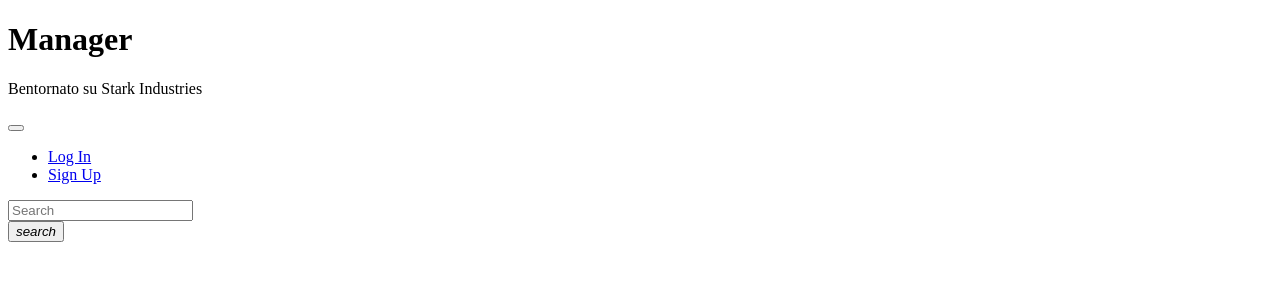
Repository: giovannispaziani/progetto_agile
Page: http://localhost/manager
The author's editor kept a copy of each file at every save. The page is drawn from the files as they stood at one save, then again after the next save.
The browser window is 1280 px wide. The pictures show the whole page.
The page is served by the project's Laravel application, run on PHP 8.4 with Laravel 8. Other server files are loaded and not shown.

Above is the page before, as saved 2022-05-21 18:44:14.

### routes/web.php
<?php

use Illuminate\Support\Facades\Route;

/*
|--------------------------------------------------------------------------
| Web Routes
|--------------------------------------------------------------------------
|
| Here is where you can register web routes for your application. These
| routes are loaded by the RouteServiceProvider within a group which
| contains the "web" middleware group. Now create something great!
|
*/

Route::get('/', function () {
    return view('home');
});

Auth::routes();

Route::get('/home', [App\Http\Controllers\HomeController::class, 'index'])->name('home');

Auth::routes();

Route::get('/home', [App\Http\Controllers\HomeController::class, 'index'])->name('home');

Route::get('/manager', [App\Http\Controllers\ManagerController::class, 'index'])->name('manager');

### app/Http/Controllers/ManagerController.php
<?php

namespace App\Http\Controllers;

use Illuminate\Http\Request;

class ManagerController extends Controller
{
    public function index()
    {
        return view('manager.index');
    }
}

### resources/views/manager/index.blade.php
<!DOCTYPE html>
<html>
<head>
	<meta charset="utf-8">
	<title>Manager Dashboard</title>
</head>
<body>
    <h1>Manager</h1>
<nav class="navbar navbar-expand-lg bg-primary">
    <div class="container">
        <p>Bentornato su Stark Industries</p>
      <!-- <a class="navbar-brand" href="#">Bentornato</a><-->
      <button class="navbar-toggler" type="button" data-toggle="collapse" data-target="#navbarTogglerDemo02" aria-controls="navbarTogglerDemo02" aria-expanded="false" aria-label="Toggle navigation">
      <span class="navbar-toggler-bar navbar-kebab"></span>
      <span class="navbar-toggler-bar navbar-kebab"></span>
      <span class="navbar-toggler-bar navbar-kebab"></span>
      </button>

      <div class="collapse navbar-collapse" id="navbarTogglerDemo02">
        <ul class="navbar-nav mr-auto mt-2 mt-lg-0">
          <li class="nav-item active">
            <a class="nav-link" href="login">Log In</a>
          </li>
          <li class="nav-item">
            <a class="nav-link disabled" href="register">Sign Up</a>
          </li>
        </ul>
        <form class="form-inline ml-auto">
            <div class="form-group no-border">
              <input type="text" class="form-control" placeholder="Search">
            </div>
            <button type="submit" class="btn btn-neutral btn-icon btn-round">
                <i class="material-icons">search</i>
            </button>
        </form>
      </div>
    </div>
  </nav>

</body>

</html>

Loaded but not shown: app/Http/Controllers/Auth/ConfirmPasswordController.php (common file); app/Http/Controllers/Controller.php (common file)

After the next save:
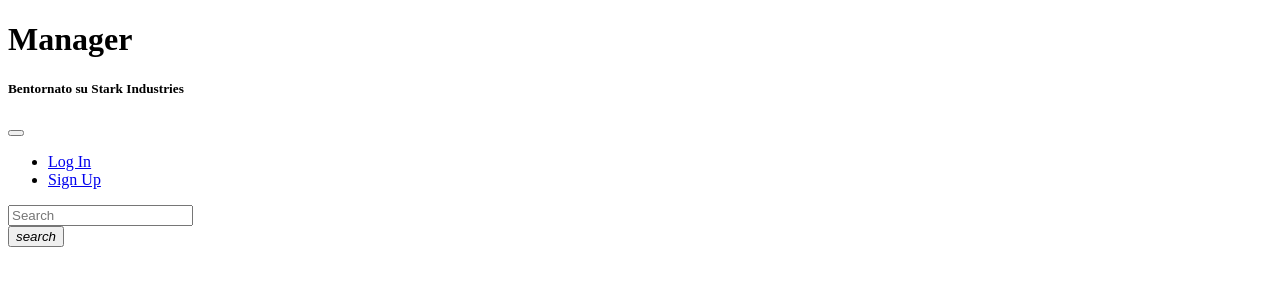
Saved 13 s later.
--- a/resources/views/manager/index.blade.php
+++ b/resources/views/manager/index.blade.php
@@ -8,7 +8,7 @@
     <h1>Manager</h1>
 <nav class="navbar navbar-expand-lg bg-primary">
     <div class="container">
-        <p>Bentornato su Stark Industries</p>
+        <h5>Bentornato su Stark Industries</h5>
       <!-- <a class="navbar-brand" href="#">Bentornato</a><-->
       <button class="navbar-toggler" type="button" data-toggle="collapse" data-target="#navbarTogglerDemo02" aria-controls="navbarTogglerDemo02" aria-expanded="false" aria-label="Toggle navigation">
       <span class="navbar-toggler-bar navbar-kebab"></span>
